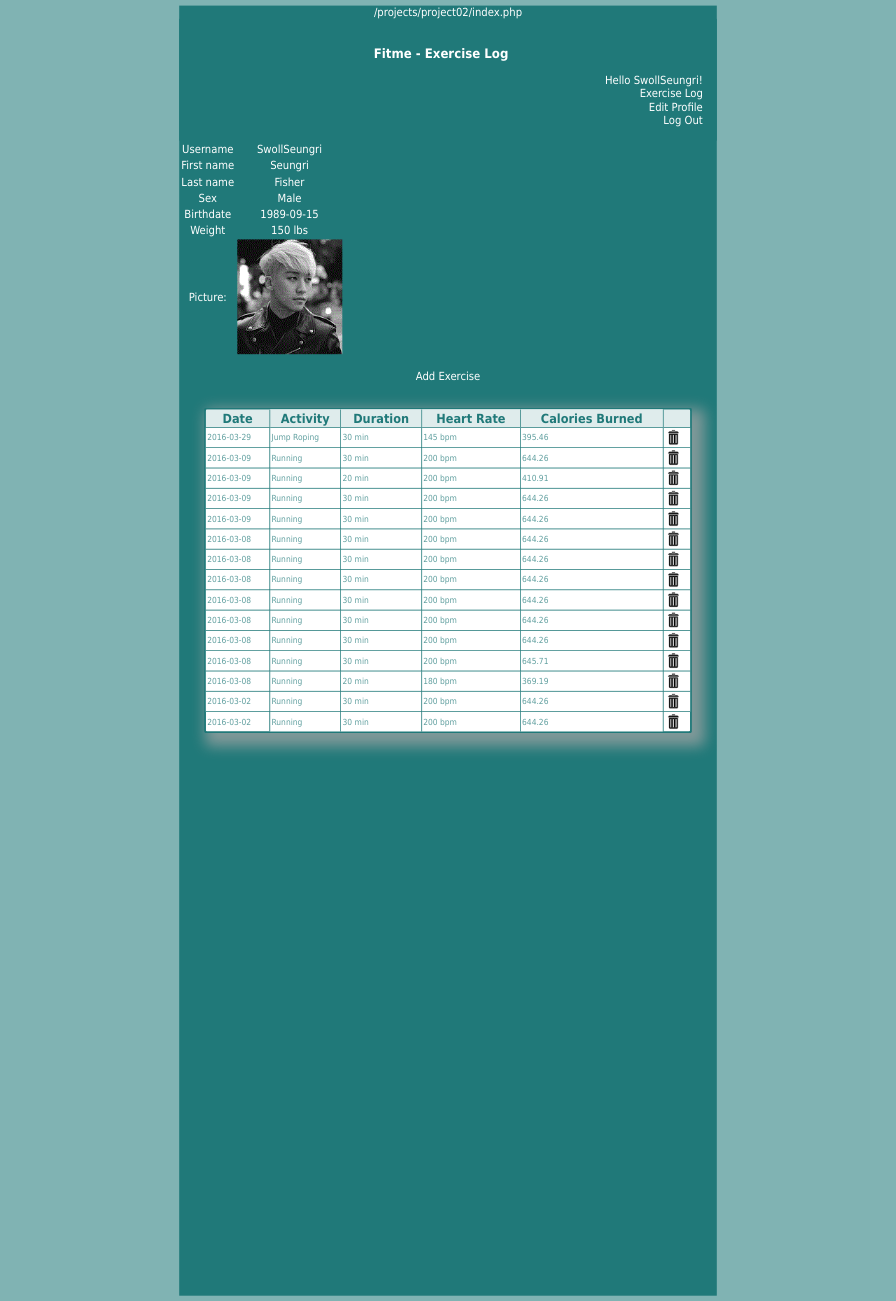
Repository: chelsea-g/PHP-MySQL
Page: http://localhost/projects/project02/index.php
The author's editor kept a record of every edit. The page is drawn from the files as they stood at one moment, then again after the next edit.
The browser window is 1280 px wide. The pictures show the whole page, at 70% of full size.
The page is run by PHP 8.4 with error messages shown; the project is at /var/www/html/. The session is filled in as if someone had signed in: {"user_id": 1, "username": "SwollSeungri"}. Other server files are loaded and not shown. The database holds what the project's SQL file puts in it.

Above is the page before.

### projects/project02/index.php
<?php

    //Start the session
    require_once('startsession.php');

    //Insert page header
    $page_title = 'Exercise Log';
    require_once('header.php');

    //Implement scripts
    require_once('appvars.php');
    require_once('connectvars.php');
    require_once('verifylogin.php');

    //Display nav menu
    require_once('navmenu.php');

    echo '<div class="profile">';

        // Connect to the database
    $dbc = mysqli_connect(DB_HOST, DB_USER, DB_PASSWORD, DB_NAME);

    // Grab the profile data from the database
    if (!isset($_GET['user_id'])) {

        $query = "SELECT username, first_name, last_name, sex, birthdate, weight, picture FROM exercise_user WHERE user_id = '" . $_SESSION['user_id'] . "'";

    } else {

        $query = "SELECT username, first_name, last_name, sex, birthdate, weight, picture FROM exercise_user WHERE user_id = '" . $_GET['user_id'] . "'";

    }



    $data = mysqli_query($dbc, $query);

    if (mysqli_num_rows($data) == 1) {

        // The user row was found so display the user data
        $row = mysqli_fetch_array($data);

        echo '<table>';

        if (!empty($row['username'])) {

            echo '<tr><td class="label">Username</td><td>' . $row['username'] . '</td></tr>';

        }

        if (!empty($row['first_name'])) {

            echo '<tr><td class="label">First name</td><td>' . $row['first_name'] . '</td></tr>';

        }

        if (!empty($row['last_name'])) {

            echo '<tr><td class="label">Last name</td><td>' . $row['last_name'] . '</td></tr>';

        }

        if (!empty($row['sex'])) {

            echo '<tr><td class="label">Sex</td><td>';

            if ($row['sex'] == 'M') {

                echo 'Male';
            }

            else if ($row['sex'] == 'F') {

                echo 'Female';

            } else {

                echo '?';

            }

            echo '</td></tr>';

        }

        if (!empty($row['birthdate'])) {

            if (!isset($_GET['user_id']) || ($_COOKIE['user_id'] == $_GET['user_id'])) {

                // Show the user their own birthdate
                echo '<tr><td class="label">Birthdate</td><td>' . $row['birthdate'] . '</td></tr>';

            }

        }

        if (!empty($row['weight'])) {

            echo '<tr><td class="label">Weight</td><td>' . $row['weight'] . ' lbs</td>';

        }

        if (!empty($row['picture'])) {

            echo '<tr><td class="label">Picture:</td><td><img src="' . MM_UPLOADPATH . $row['picture'] .
              '" alt="Profile Picture" /></td></tr>';

        }

        mysqli_close($dbc);

        echo '</table>';

        // Connect to the database
        $dbc = mysqli_connect(DB_HOST, DB_USER, DB_PASSWORD, DB_NAME);

        // Access exercise_log
        $query = "SELECT * FROM exercise_log WHERE user_id = " . $_SESSION['user_id'] . " ORDER BY date DESC";
        $data = mysqli_query($dbc, $query);

        if (empty($row['birthdate']) || empty($row['weight'])) {

            echo '<p>You are missing some important information needed to create your log!<br />To start adding exercises, <a href="editprofile.php">Edit Your Profile</a>.</p>';


        } else if (mysqli_num_rows($data) > 0) {

            $count = 1;

            echo '<br /><a href="addexercise.php">Add Exercise</a><br />';

            echo '<div class="generatecss_dot_com_table"><table><tr><td>Date</td><td>Activity</td><td>Duration</td><td>Heart Rate</td><td>Calories Burned</td><td></td></tr>';

            while (($row = mysqli_fetch_array($data)) && ($count <= 15)) {

                $count++;
                echo '<tr><td>' . $row['date'] . '</td><td>' . $row['type'] . '</td>' .
                        '<td>' . $row['time_in_minutes'] . ' min</td><td>' . $row['heart_rate'] .
                        ' bpm</td><td>' . $row['calories_burned'] .
                        '</td><td><a href="delete.php?id=' . $row['id'] . '&amp;date=' . $row['date'] .
                        '&amp;time_in_minutes=' . $row['time_in_minutes'] . '&amp;type=' . $row['type'] .
                        '&amp;heart_rate=' . $row['heart_rate'] . '&amp;calories_burned=' . $row['calories_burned'] .
                        '"><img src="images\trash.png" /></a></td></tr>';

            }

            echo '</table></div>';

            //Close exercisedb
            mysqli_close($dbc);

        } else {

                echo 'You have not logged any exercises yet. Would you like to <a href="addexercise.php">log an exercise?</a>';

        }


    } else {

        echo '<p class="error">There was a problem accessing your profile.</p>';

    }



    echo '</div>';








?>

### projects/project02/startsession.php
<?php

    //Start the session
    session_start();

    //If the session vars aren't yet set, try to set them with a cookie
    if (!isset($_SESSION['user_id'])) {



        if (isset($_COOKIE['user_id']) && isset($_COOKIE['username'])) {

            $_SESSION['user_id'] = $_COOKIE['user_id'];
            $_SESSION['username'] = $_COOKIE['username'];

        }

    }

    //When a new session is started, make sure the message variable is empty
    if (!isset($_SESSION['message'])) {

        $_SESSION['message'] = "";

    }

?>

### projects/project02/header.php
<!-- PAGE HEADER -->

<!DOCTYPE html PUBLIC "-//W3C//DTD XHTML 1.0 Transitional//EN"
"http://www.w3.org/TR/xhtml1/DTD/xhtml1-transitional.dtd">
<html xmlns="http://www.w3.org/1999/xhtml" xml:lang="en" lang="en">

<head>

  <meta http-equiv="Content-Type" content="text/html; charset=utf-8" />

  <title>FitMe Exercise Logger - <?= $page_title ?></title>

    <link rel="stylesheet" type="text/css" href="style.css" />


</head>

<body>
<div class="main">

### projects/project02/appvars.php
<?php
  // Define application constants
  define('MM_UPLOADPATH', 'images/');
  define('MM_MAXFILESIZE', 32768);      // 32 KB
  define('MM_MAXIMGWIDTH', 220);        // 120 pixels
  define('MM_MAXIMGHEIGHT', 220);       // 120 pixels

?>

### projects/project02/connectvars.php
<?php
  // Define database connection constants
  define('DB_HOST', 'localhost');
  define('DB_USER', 'root');
  define('DB_PASSWORD', '');
  define('DB_NAME', 'exercisedb');
?>

### projects/project02/verifylogin.php
<?php

    //Make sure the user is logged in, if they aren't, send them to the login page
    if (!isset($_SESSION['user_id'])){

        //Redirect to login
        $login_url = 'http://' . $_SERVER['HTTP_HOST'] . dirname($_SERVER['PHP_SELF']) . '/login.php';

        //Remember this page so the user can be redirected back to it after login
        $_SESSION['current_page'] = $_SERVER['REQUEST_URI'];

        // add feature later...
        //if ($_SESSION['current_page'] != "/projects/project02/index.php") {

        //    $_SESSION['message'] = 'You must be logged in to access this page!';

        //}

        header('Location: ' . $login_url);

    }



        echo $_SERVER['REQUEST_URI'];
?>

### projects/project02/navmenu.php
<?php




    //Generate the nav menu
    echo '<div class="navmenu">';
    echo '<h3>Fitme - ' . $page_title . '</h3>';

    if(!isset($_SESSION['username'])) {

        echo '<a href="login.php">Login</a><br />';
        echo '<a href="signup.php">Sign Up</a>';

    } else {

        echo 'Hello  ' . $_SESSION['username'] . '!<br />';
        echo '<a href="index.php">Exercise Log</a><br />';
        echo '<a href="editprofile.php">Edit Profile</a><br />';
        echo '<a href="logout.php">Log Out<br />';

    }

    echo '</div>';

?>

### projects/project02/style.css
.placeholder {
  display: none;

}

body {

    margin-right: 20%;
    margin-left: 20%;
    font-family: tahoma;
    color: white;
    background-color: #80b3b3;
    padding: 0%;

}

.main {

    padding-bottom: 100%;
    background-color: #207979;
    text-align: center;

}

h3 {
    text-align: center;
}

.standout {

    text-decoration: bold;

}

.navmenu {

    background-color: #207979;
    padding-right: 20px;
    padding-bottom: 20px;
    padding-top: 20px;
    text-align: right;

}

a {

    color: white;
    text-decoration: none;

}

a:hover {

    color: lightblue;


}


.generatecss_dot_com_table {
  margin: 36px;
  box-shadow: 10px 10px 20px 9px #809999;
  border: 2px solid #207979;
  -moz-border-radius-bottomleft: 2px;
  -webkit-border-bottom-left-radius: 2px;
  border-bottom-left-radius: 2px;
  -moz-border-radius-bottomright: 2px;
  -webkit-border-bottom-right-radius: 2px;
  border-bottom-right-radius: 2px;
  -moz-border-radius-topright: 2px;
  -webkit-border-top-right-radius: 2px;
  border-top-right-radius: 2px;
  -moz-border-radius-topleft: 2px;
  -webkit-border-top-left-radius: 2px;
  border-top-left-radius: 2px;
}

.generatecss_dot_com_table table {
  margin: 0px;
  padding: 0px;
  border-collapse: collapse;
  border-spacing: 0;
  width: 100%;
  height: 100%;
}

.generatecss_dot_com_table tr:last-child td:last-child {
  -moz-border-radius-bottomright: 2px;
  -webkit-border-bottom-right-radius: 2px;
  border-bottom-right-radius: 2px;
}

.generatecss_dot_com_table table tr:first-child td:first-child {
  -moz-border-radius-topleft: 2px;
  -webkit-border-top-left-radius: 2px;
  border-top-left-radius: 2px;
}

.generatecss_dot_com_table table tr:first-child td:last-child {
  -moz-border-radius-topright: 2px;
  -webkit-border-top-right-radius: 2px;
  border-top-right-radius: 2px;
}

.generatecss_dot_com_table tr:last-child td:first-child {
  -moz-border-radius-bottomleft: 2px;
  -webkit-border-bottom-left-radius: 2px;
  border-bottom-left-radius: 2px;
}

.generatecss_dot_com_table tr:nth-child(odd) {
  background-color: #ffffff;
}

.generatecss_dot_com_table tr:nth-child(even) {
  background-color: #ffffff;
}

.generatecss_dot_com_table td {
  vertical-align:middle;
  border:2px solid #207979;
  border-width: 0px 1px 1px 0px;
  text-align: left;
  padding: 2px;
  font-size: 12px;
  font-family: Tahoma;
  color: #609f9f;
}

.generatecss_dot_com_table tr:last-child td {
  border-width: 0px 1px 0px 0px;
}

.generatecss_dot_com_table tr td:last-child {
  border-width: 0px 0px 1px 0px;
}

.generatecss_dot_com_table tr:last-child td:last-child {
  border-width: 0px 0px 0px 0px;
}

.generatecss_dot_com_table tr:first-child td {
  background:-o-linear-gradient(bottom, #dfecec 5%, #dfecec 100%);
  background:-webkit-gradient(linear, left top, left bottom, color-stop(0.05, #dfecec), color-stop(1, #dfecec));
  background:-moz-linear-gradient(center top, #dfecec 5%, #dfecec 100%);
  filter:progid:DXImageTransform.Microsoft.gradient(startColorstr="#dfecec", endColorstr="#dfecec");
  background: -o-linear-gradient(top,#dfecec, #dfecec);
  background-color: #dfecec;
  border: 2px solid #207979;
  text-align: center;
  border-width: 0px 0px 1px 1px;
  font-size: 18px;
  font-family: Tahoma;
  color: #207979;
  font-weight: bold;

}

.generatecss_dot_com_table tr:first-child:hover td {
  background:-o-linear-gradient(bottom, #dfecec 5%, #dfecec 100%);
  background:-webkit-gradient(linear, left top, left bottom, color-stop(0.05, #dfecec), color-stop(1, #dfecec));
  background:-moz-linear-gradient(center top, #dfecec 5%, #dfecec 100%);
  filter:progid:DXImageTransform.Microsoft.gradient(startColorstr="#dfecec", endColorstr="#dfecec");
  background: -o-linear-gradient(top,#dfecec, #dfecec);
  background-color: #dfecec;
}

.generatecss_dot_com_table tr:first-child td:first-child {
  border-width: 0px 0px 1px 0px;
}

.generatecss_dot_com_table tr:first-child td:last-child {
  border-width: 0px 0px 1px 1px;
}

### projects/project02/exercisedb.sql (the tables this page reads)
CREATE TABLE `exercise_log` (
  `id` int(11) NOT NULL AUTO_INCREMENT,
  `user_id` int(11) DEFAULT NULL,
  `date` date DEFAULT NULL,
  `type` varchar(30) NOT NULL,
  `time_in_minutes` int(4) DEFAULT NULL,
  `heart_rate` int(3) NOT NULL,
  `calories_burned` decimal(5,2) NOT NULL,
  PRIMARY KEY (`id`)
) ENGINE=InnoDB AUTO_INCREMENT=63 DEFAULT CHARSET=latin1;

INSERT INTO `exercise_log` VALUES (3,2,'2016-02-01','Swimming',90,200,0.00),(4,2,'2016-02-02','Swimming',45,180,0.00),(5,2,'2016-02-03','Swimming',65,195,0.00),(6,2,'2016-02-04','Swimming',35,200,0.00),(11,2,'2016-03-09','Running',30,200,0.00),(13,2,'2016-03-01','Running',10,180,0.00),(14,2,'2016-03-01','Running',10,180,0.00),(15,2,'2016-03-08','Walking',30,170,0.00),(16,2,'2016-03-01','Running',30,200,0.00),(17,2,'2016-03-02','Running',30,200,0.00),(18,2,'2016-03-02','Running',30,200,0.00),(22,2,'2016-03-02','Running',20,190,0.00),(23,2,'2016-03-02','Running',20,190,0.00),(25,2,'2016-03-01','Running',20,190,0.00),(26,2,'2016-03-01','Running',20,190,0.00),(27,2,'2016-03-01','Running',20,190,0.00),(29,1,'2016-03-09','Running',20,200,410.91),(32,1,'2016-02-29','Walking',67,112,432.62),(37,1,'2016-03-09','Running',30,200,644.26),(38,1,'2016-03-09','Running',30,200,644.26),(39,1,'2016-03-02','Running',30,200,644.26),(40,1,'2016-03-02','Running',30,200,645.71),(41,1,'2016-03-08','Running',30,200,645.71),(42,1,'2016-03-08','Running',30,200,644.26),(43,1,'2016-03-08','Running',30,200,644.26),(44,1,'2016-03-08','Running',30,200,644.26),(45,1,'2016-03-02','Running',30,200,644.26),(46,1,'2016-03-02','Running',30,200,644.26),(47,1,'2016-03-09','Running',30,200,644.26),(48,1,'2016-03-08','Running',30,200,644.26),(49,1,'2016-03-08','Running',30,200,644.26),(50,1,'2016-03-08','Running',30,200,644.26),(51,1,'2016-03-01','Running',30,180,553.79),(52,1,'2016-03-01','Running',30,180,383.06),(56,1,'2016-03-08','Running',20,180,369.19),(57,3,'2016-03-29','Jump Roping',20,190,278.08),(59,3,'2016-03-14','Swimming',60,185,802.16),(61,2,'2016-03-29','Jump Roping',60,145,839.76),(62,1,'2016-03-29','Jump Roping',30,145,395.46);

CREATE TABLE `exercise_user` (
  `user_id` int(11) NOT NULL AUTO_INCREMENT,
  `username` varchar(30) NOT NULL,
  `password` varchar(40) DEFAULT NULL,
  `first_name` varchar(20) NOT NULL,
  `last_name` varchar(20) NOT NULL,
  `sex` char(1) DEFAULT NULL,
  `birthdate` date NOT NULL,
  `weight` int(11) DEFAULT NULL,
  `picture` varchar(50) DEFAULT NULL,
  `join_date` timestamp NOT NULL DEFAULT CURRENT_TIMESTAMP ON UPDATE CURRENT_TIMESTAMP,
  PRIMARY KEY (`user_id`)
) ENGINE=InnoDB AUTO_INCREMENT=4 DEFAULT CHARSET=latin1;

INSERT INTO `exercise_user` VALUES (1,'SwollSeungri','d53c87bed6990a0ee8ce462f93d540c0c28f31fe','Seungri','Fisher','M','1989-09-15',150,'tumblr_nuos85uW731ufgjjfo1_500.jpg','2016-03-29 14:42:16'),(2,'MuscleMel','c516faa085d41bb9e6c8b0afdd8979341d56db2a','Mel','Fisher','M','1990-09-22',190,'mel.png','2016-03-29 21:13:24'),(3,'Chelsea','834bbd1c7ec06f6073dcb2c3d3259253c06d727d','Chelsea','Greger','F','1994-01-19',140,NULL,'2016-03-29 20:52:15');

After the next edit:
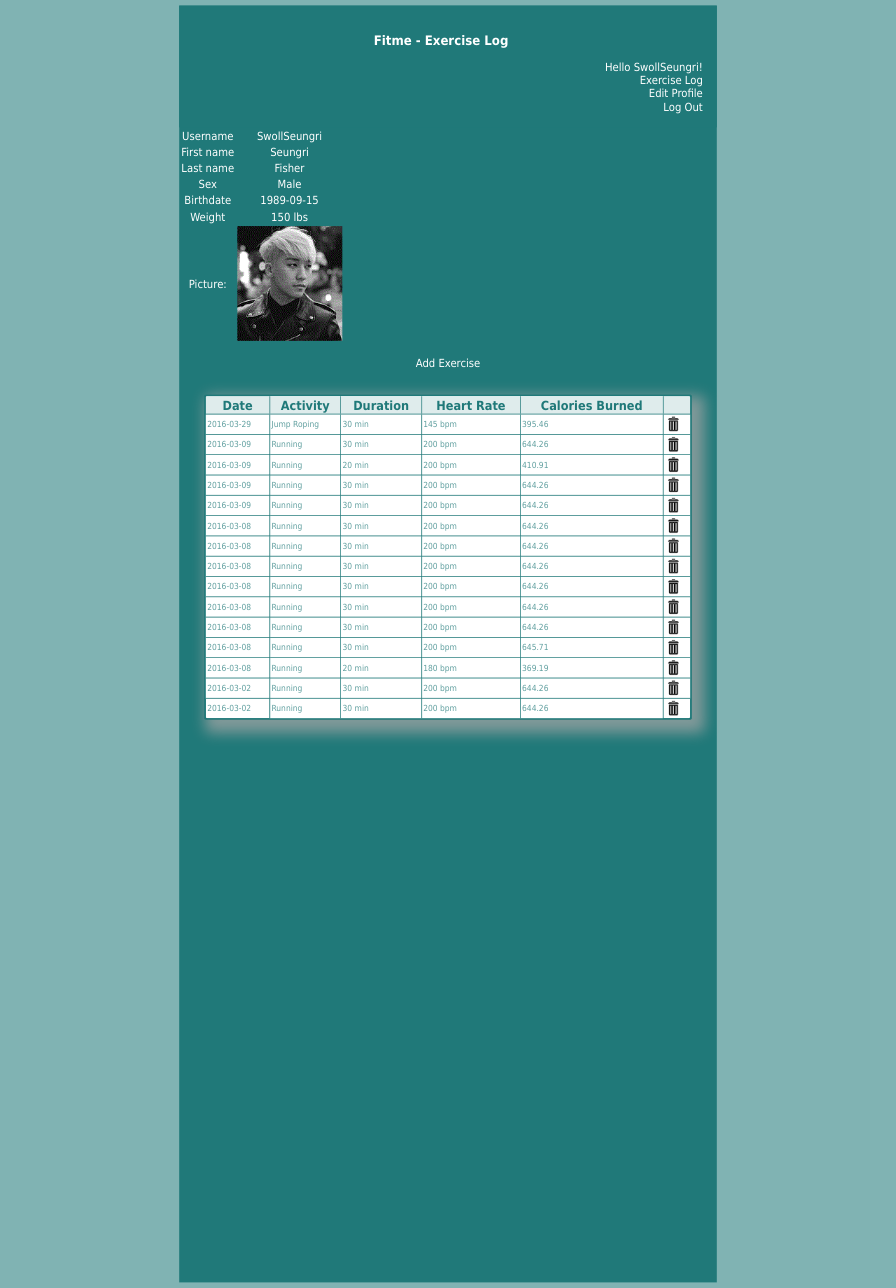
The edit:
--- a/projects/project02/verifylogin.php
+++ b/projects/project02/verifylogin.php
@@ -20,7 +20,4 @@
 
     }
 
-
-
-        echo $_SERVER['REQUEST_URI'];
 ?>
